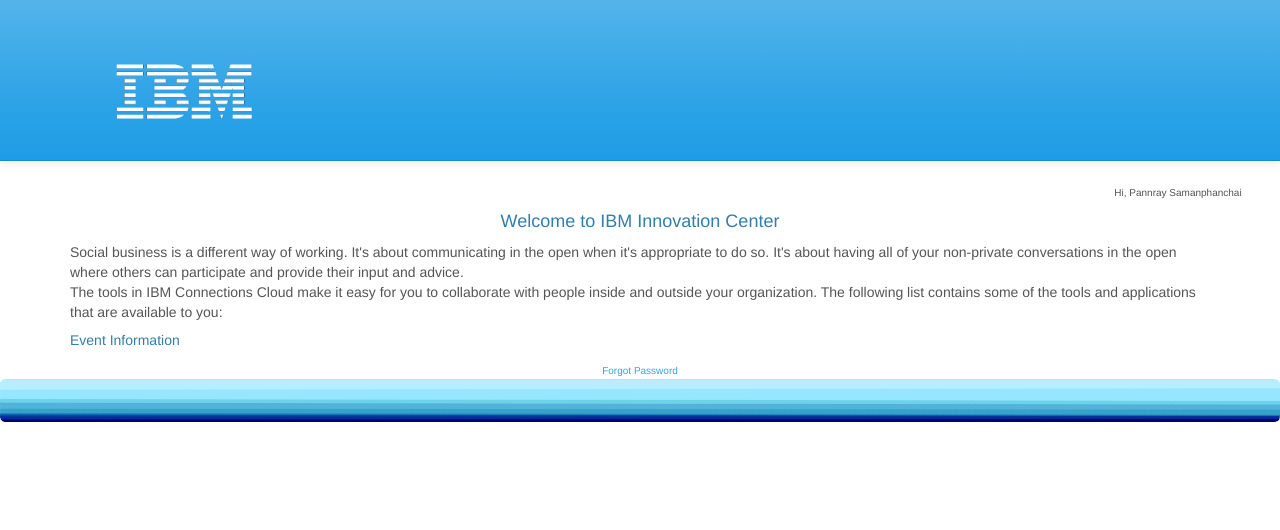
Repository: InnovationCenterOrg/InnovationCustomer
Page: http://localhost/InnovationCustomer/view/test.jsp
The author's editor kept a copy of each file at every save. The page is drawn from the files as they stood at one save, then again after a run of saves.
The browser window is 1280 px wide. The pictures show the whole page.
Some web libraries are served in a nearby version. The page is served by Tomcat 9. Other server files are loaded and not shown.

Above is the page before, as saved 2016-03-03 04:26:44.

### InnovationCustomer/WebContent/view/test.jsp
<!DOCTYPE HTML>
<%@page language="java"
	contentType="text/html; charset=UTF-8" pageEncoding="UTF-8"%>
<html>
<head>
<meta name="viewport" content="width=device-width, initial-scale=1">
<%@page import="java.text.SimpleDateFormat"%>
<%@page import="com.ibm.innovationcustomer.model.EventModel"%>
<%@page import="com.ibm.innovationcustomer.model.RegisterEventModel"%>
<!-- Bootstrap -->
<link href="${pageContext.request.contextPath}/css/default.css" rel="stylesheet">
<link href="${pageContext.request.contextPath}/css/bootstrap.css" rel="stylesheet">
<link href="${pageContext.request.contextPath}/css/bootstrap.min.css" rel="stylesheet">

<title>IBM Innovation Center</title>
</head>

<body>
	<div class="navbar navbar-static-top">
   		<div class="container">
   			<div align="left">
   			<a href="ViewProfileInitAction">
				<img style="margin-top: 2%;" align="left" class="img-responsive" src="logo-ibm-white.png" width="20%" height="20%"/>
			</a>
			</div>
			<div align="right" style="width: 50%; padding-left: 90%">
			  	<a class="btn dropdown-toggle" data-toggle="dropdown" href="#">
			    	<img style="margin-top: 5%" align="right" class="img-responsive" src="profile_icon_3.ico" width="15%" height="15%"/>
			 	 </a>
			  	<ul class="dropdown-menu  pull-right" role="menu">
			    	<li style="background-color: #75c3f0"><a tabindex="-1" href="ViewProfileInitAction">Profile Setting</a></li>
			    	<li style="background-color: #75c3f0"><a tabindex="-1" href="ChangePasswordInitAction">Change Password</a></li>
				  	<li style="background-color: #75c3f0"><a tabindex="-1" href="LogoutAction">Logout</a></li>
			  	</ul>
			</div>
		</div>
	</div>


				<!--
				<a class="dropdown" href="#"><img align="right" class="img-responsive" src="images/profile_icon_3.ico" width="8%" height="8%"/></a>
				<ul class="dropdown-menu">
				<li>TEST1</li>
				<li>TEST2</li>
				</ul>
				 -->
				<!--
				<ul class="nav navbar-nav">
				<li class="dropdown">
					<a href="#" class="dropdown-toggle" data-toggle="dropdown" role="button" aria-expanded="true">Report
					<span class="caret"></span>
					</a>
						<ul class="dropdown-menu" role="menu">
							<li><a href="./DashboardMainAction">Dashboard</a></li>
							<li><a href="./ReportMainAction">Report</a></li>
					</ul></li></ul> -->
	<div align="right" style="padding-right: 3%;">
		<font style="font-size: x-small;">Hi, Pannray Samanphanchai</font>
	</div>
	<div class="container">
	<h4 align="center">Welcome to IBM Innovation Center</h4>
	Social business is a different way of working. It's about communicating in the open when it's appropriate to do so. It's about having all of your non-private conversations in the open where others can participate and provide their input and advice.
	<br>
	The tools in IBM Connections Cloud make it easy for you to collaborate with people inside and outside your organization. The following list contains some of the tools and applications that are available to you:
	<h5>Event Information</h5>
	<div align="center">
		<font style="font-size: x-small;">

			<a class="test" data-placement="bottom" href="#" data-toggle="tooltip" title="Hooray!" >Forgot Password</a><br>

		</font>
	</div>

	<span class="tooltip" onmouseover="tooltip.pop(this, 'Lorem ipsum dolor...mauris')">
	    Basic
	</span>
		<!-- jQuery (necessary for Bootstrap's JavaScript plugins) -->
		<script	src="https://ajax.googleapis.com/ajax/libs/jquery/1.11.2/jquery.min.js"></script>
		<!-- Include all compiled plugins (below), or include individual files as needed -->
		<script src="${pageContext.request.contextPath}/js/bootstrap.min.js"></script>
		<script>
		$(document).ready(function(){
		    $('[data-toggle="tooltip"]').tooltip();
		});
		</script>
	</div>

	<img class="img-responsive" src="images/footer.png" width="100%">
</body>
</html>


</html>

### InnovationCustomer/WebContent/css/default.css
.btn-ibsd{
	background-color: #ffe166;
}

Loaded but not shown: InnovationCustomer/WebContent/css/bootstrap.css (library); InnovationCustomer/WebContent/css/bootstrap.min.css (library); InnovationCustomer/WebContent/js/bootstrap.min.js (library)

After the next 2 saves:
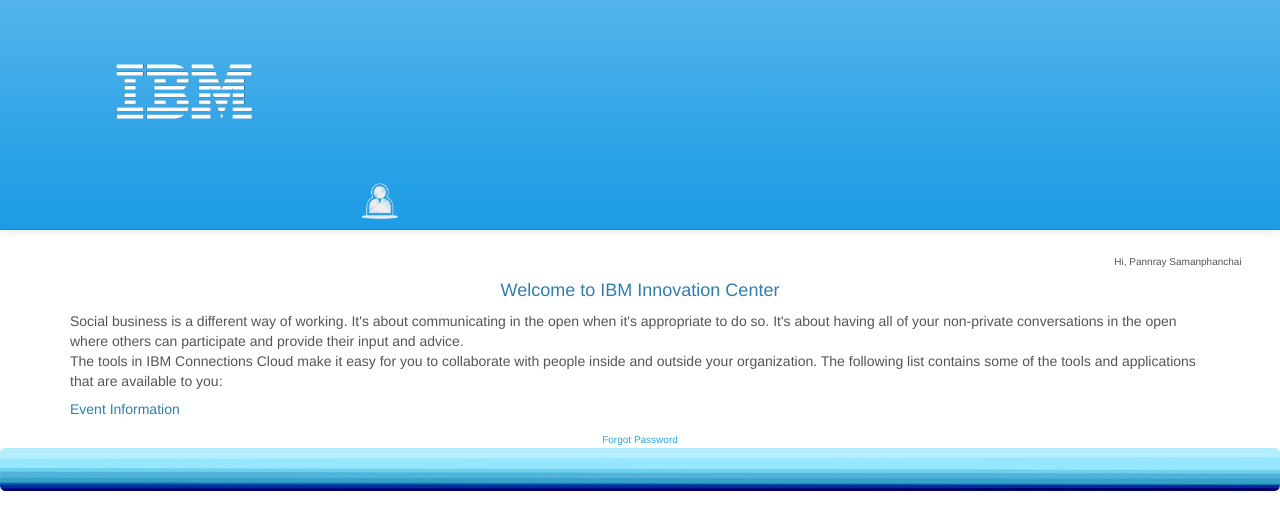
The 2 saves are shown as one change because they came seconds apart.
The last was saved 14 s later.
--- a/InnovationCustomer/WebContent/view/test.jsp
+++ b/InnovationCustomer/WebContent/view/test.jsp
@@ -23,7 +23,7 @@
 				<img style="margin-top: 2%;" align="left" class="img-responsive" src="logo-ibm-white.png" width="20%" height="20%"/>
 			</a>
 			</div>
-			<div align="right" style="width: 50%; padding-left: 90%">
+			<div align="right" style="width: 30%;">
 			  	<a class="btn dropdown-toggle" data-toggle="dropdown" href="#">
 			    	<img style="margin-top: 5%" align="right" class="img-responsive" src="profile_icon_3.ico" width="15%" height="15%"/>
 			 	 </a>

After the save that followed:
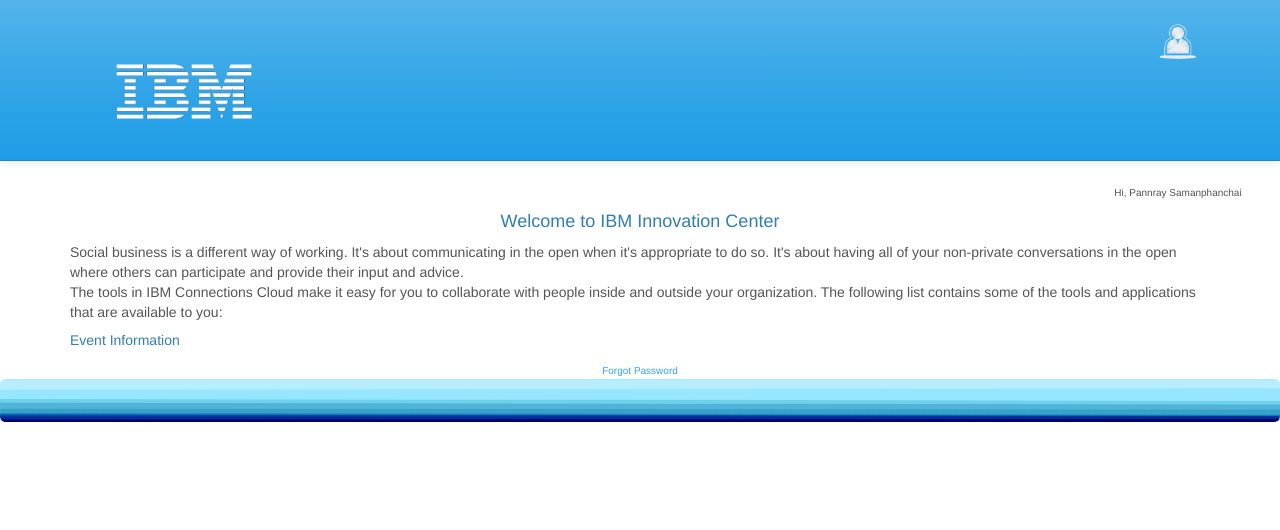
Saved 7 s later.
--- a/InnovationCustomer/WebContent/view/test.jsp
+++ b/InnovationCustomer/WebContent/view/test.jsp
@@ -23,7 +23,7 @@
 				<img style="margin-top: 2%;" align="left" class="img-responsive" src="logo-ibm-white.png" width="20%" height="20%"/>
 			</a>
 			</div>
-			<div align="right" style="width: 30%;">
+			<div align="right" style="width: 100%;">
 			  	<a class="btn dropdown-toggle" data-toggle="dropdown" href="#">
 			    	<img style="margin-top: 5%" align="right" class="img-responsive" src="profile_icon_3.ico" width="15%" height="15%"/>
 			 	 </a>
